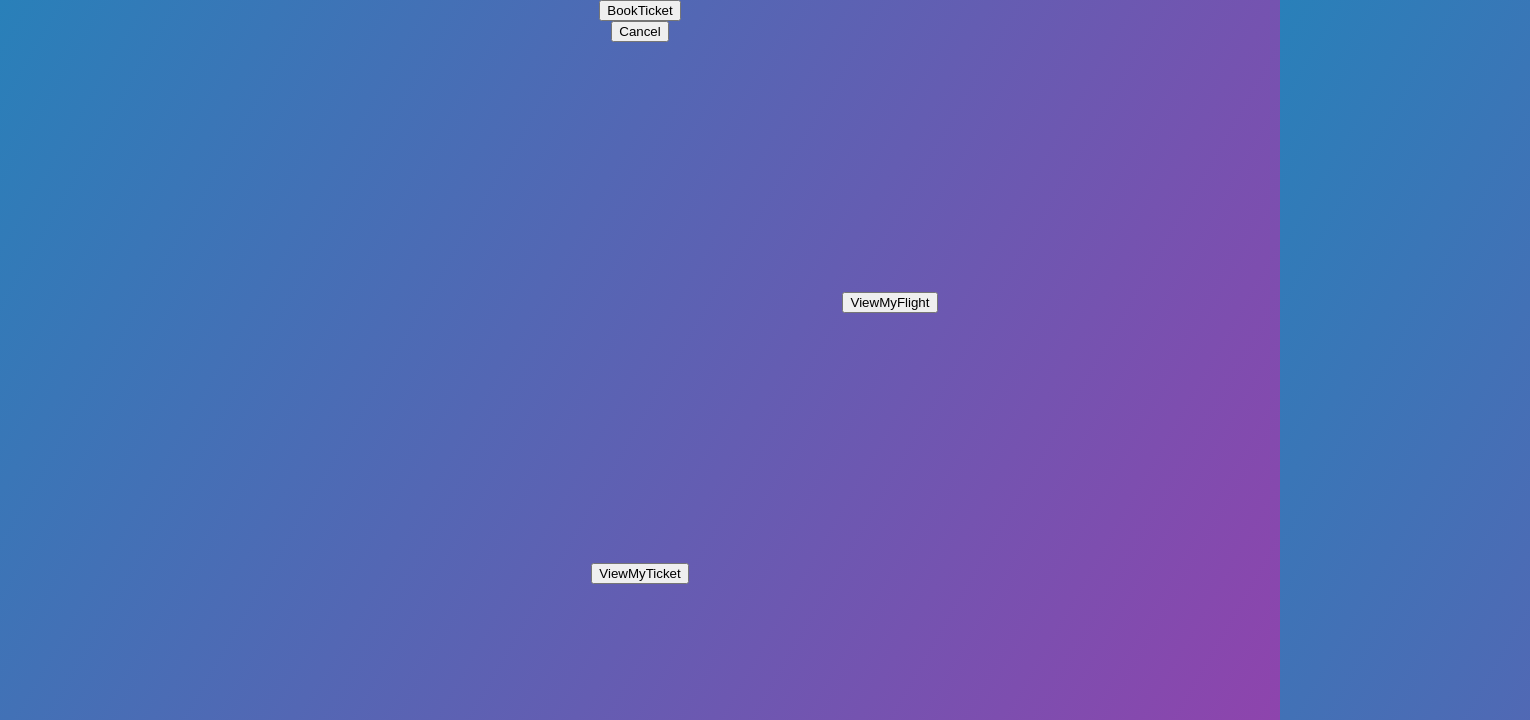
Repository: kalpesh3070/backend2
Page: flyaway/src/main/webapp/main.html
The author's editor kept a copy of each file at every save. The page is drawn from the files as they stood at one save, then again after the next save.
The browser window is 1280 px wide. The page is 1530 px wide, then 1280 px, so the pictures cover 1530 px, including what lies to the right of the window. The pictures show the whole page.

Above is the page before, as saved 2022-11-14 16:14:47.

### flyaway/src/main/webapp/main.html
<!DOCTYPE html>
<html>
<head>
<meta charset="ISO-8859-1">
<link rel="stylesheet" href="main.css">
<title>HOME</title>
</head>
<center>
<div class="body">
<body>
<div class="book">
<a href="http://localhost:8080/flyaway/Ticket_booking.html"><button>BookTicket</button></a>
</div>
<div class="cancel">
<a href="http://localhost:8080/flyaway/Delet.html"><button>Cancel</button></a>
</div>
<div class="view">
<a href="http://localhost:8080/flyaway/Home.html"> <button>ViewMyFlight</button></a>
</div>
<div class="ticket">
<a href="http://localhost:8080/flyaway/My_Ticket.html"><button>ViewMyTicket</button></a>
</div>
</div>
</center>
</body>
</html>

### flyaway/src/main/webapp/main.css
@charset "ISO-8859-1";
body{
margin: 0;
padding: 0;
font-family: montserrat;
background: linear-gradient(120deg,#2980b9,#8e44ad);
height: 100vh;
overflow:hidden;
}

.ticket{
	width : 100%;
	margin:250px auto;
	size: 500px;
}
.view{
	width : 100%;
	margin:250px 250px 250px 250px;
	size: 500px;
}

After the next save:
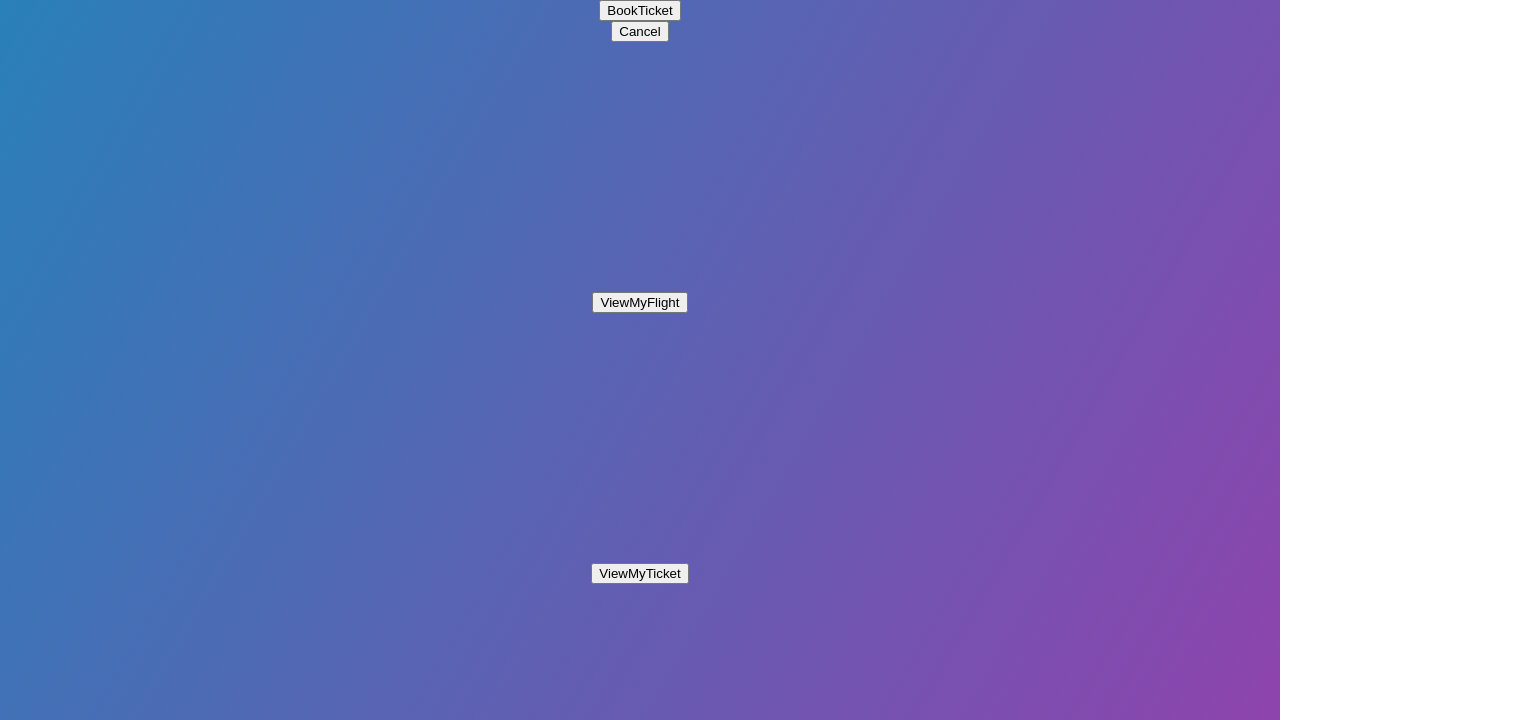
Saved 16 s later.
--- a/flyaway/src/main/webapp/main.css
+++ b/flyaway/src/main/webapp/main.css
@@ -15,6 +15,6 @@ overflow:hidden;
 }
 .view{
 	width : 100%;
-	margin:250px 250px 250px 250px;
+	margin:250px auto;
 	size: 500px;
 }
